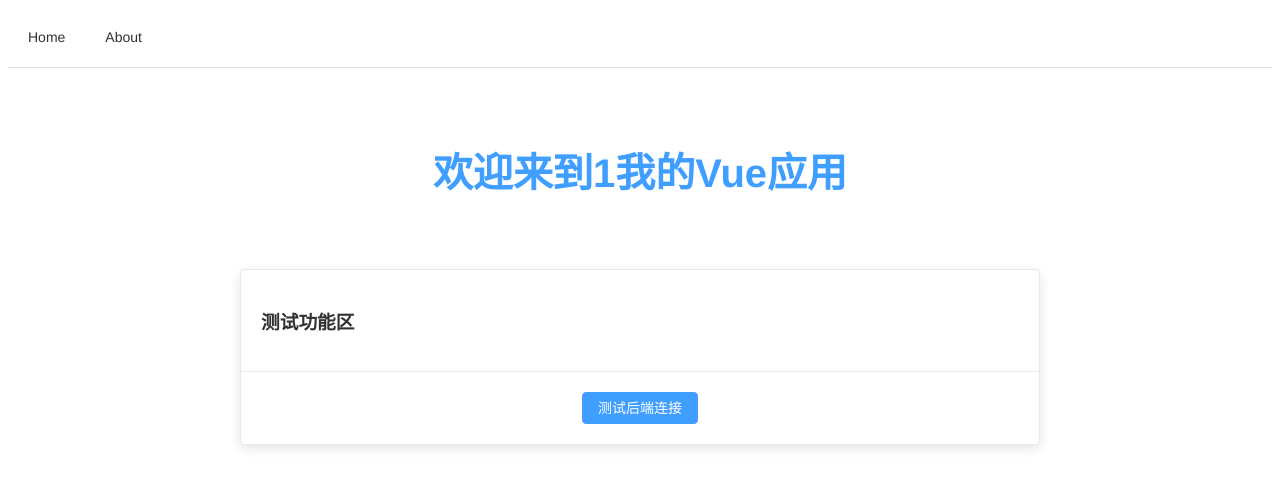
Repository: qqqq121114/se_417
Page: / (app in client/)
These files come from the project's save history. The page is drawn as it stood at one moment and after the next save; the edit follows.
The browser window is 1280 px wide. The pictures show the whole page.
The project was rebuilt for these pictures with package versions that can differ from the ones it lists, and the page was loaded fresh each time. Also part of the build but not shown: client/vite.config.js.

Above is the page before, as saved 2024-12-07 22:43:40.

After the next save:
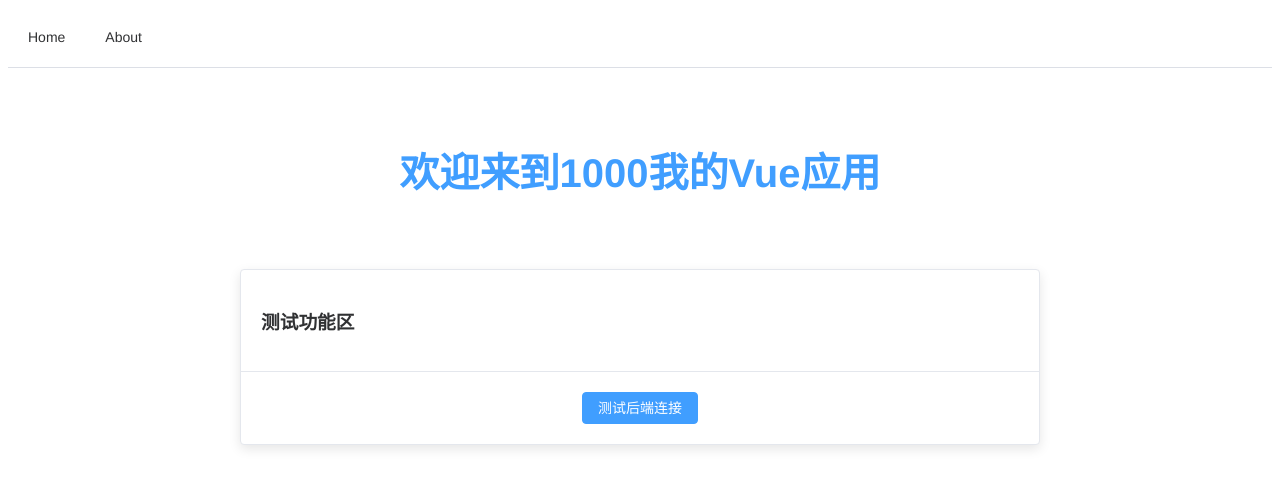
Saved 7 s later.
--- a/client/src/views/Home.vue
+++ b/client/src/views/Home.vue
@@ -1,6 +1,6 @@
 <template>
   <div class="home">
-    <h1 class="title">欢迎来到1我的Vue应用</h1>
+    <h1 class="title">欢迎来到1000我的Vue应用</h1>
     <div class="content">
       <el-card class="welcome-card">
         <template #header>
